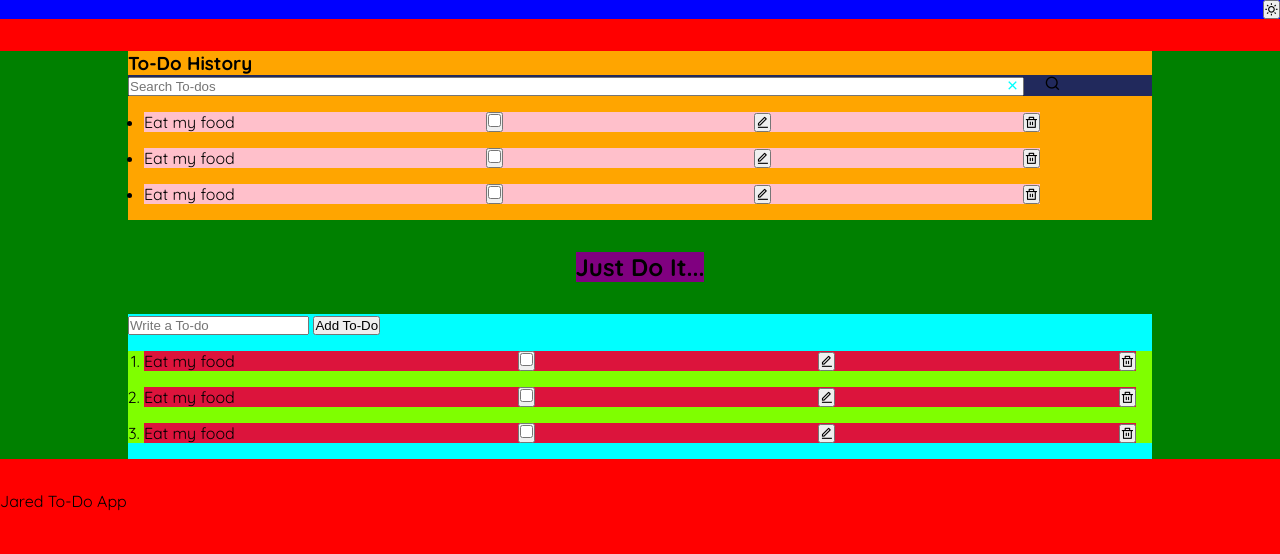
Repository: EguJaredoBoyd/Jared-ToDo-App
Page: main.html
An editor plug-in stored every save of this project. The page is shown before and after the next save, followed by the edit.
The browser window is 1280 px wide. The pictures show the whole page.
Some web libraries are served in a nearby version.

Above is the page before, as saved 2025-12-23 21:09:54.
Not found: js/to-do.j

### main.html
<!DOCTYPE html>
<html lang="en">
  <head>
    <meta charset="UTF-8" />
    <meta name="viewport" content="width=device-width, initial-scale=1.0" />
    <title>Document</title>
    <link
      href="https://cdn.jsdelivr.net/npm/remixicon@4.7.0/fonts/remixicon.css"
      rel="stylesheet"
    />
    <link rel="preconnect" href="https://fonts.googleapis.com" />
    <link rel="preconnect" href="https://fonts.gstatic.com" crossorigin />
    <link
      href="https://fonts.googleapis.com/css2?family=Quicksand:wght@300..700&display=swap"
      rel="stylesheet"
    />
    <link rel="stylesheet" href="./css/main.css" />
    <script src="./js/to-do.j" defer></script>
  </head>

  <body>
    <div class="body__todo-wrapper">
      <header>
        <button><i class="ri-sun-line"></i></button>
      </header>

      <main>
        <section class="todo-history">
          <div>
            <h3>To-Do History</h3>
          </div>
          <div class="todo-history__icon">
            <div>
              <input type="text" placeholder="Search To-dos " />
              <i class="ri-close-line"></i>
            </div>
            <i class="ri-search-line"></i>
          </div>
          <div>
            <ul>
              <div class="ul__list">
                <li>Eat my food</li>
                <button>
                  <input type="checkbox" name="checkbox" id="checkbox" />
                </button>
                <button><i class="ri-edit-line"></i></button>
                <button><i class="ri-delete-bin-line"></i></button>
              </div>
              <div class="ul__list">
                <li>Eat my food</li>
                <button>
                  <input type="checkbox" name="checkbox" id="checkbox" />
                </button>
                <button><i class="ri-edit-line"></i></button>
                <button><i class="ri-delete-bin-line"></i></button>
              </div>
              <div class="ul__list">
                <li>Eat my food</li>
                <button>
                  <input type="checkbox" name="checkbox" id="checkbox" />
                </button>
                <button><i class="ri-edit-line"></i></button>
                <button><i class="ri-delete-bin-line"></i></button>
              </div>
            </ul>
          </div>
        </section>

        <section class="todo-title">
          <div>
            <h2>Just Do It...</h2>
          </div>
        </section>

        <section class="todo-add-task">
          <div class="To-Do">
            <input type="text" id="to-do" placeholder="Write a To-do" />
            <button id="add-task">Add To-Do</button>

            <ol id="task-show" class="task-list">
              <div class="ol__list">
                <li>Eat my food</li>
                <button>
                  <input type="checkbox" name="checkbox" id="checkbox" />
                </button>
                <button><i class="ri-edit-line"></i></button>
                <button><i class="ri-delete-bin-line"></i></button>
              </div>
              <div class="ol__list">
                <li>Eat my food</li>
                <button>
                  <input type="checkbox" name="checkbox" id="checkbox" />
                </button>
                <button><i class="ri-edit-line"></i></button>
                <button><i class="ri-delete-bin-line"></i></button>
              </div>
              <div class="ol__list">
                <li>Eat my food</li>
                <button>
                  <input type="checkbox" name="checkbox" id="checkbox" />
                </button>
                <button><i class="ri-edit-line"></i></button>
                <button><i class="ri-delete-bin-line"></i></button>
              </div>
            </ol>
          </div>
        </section>
      </main>

      <footer>
        <div>Jared To-Do App</div>
      </footer>
    </div>
  </body>
</html>

### css/main.css
*,
*::before,
*::after {
  box-sizing: border-box;
  margin: 0;
  padding: 0;
}

:root {
  /* My project colours to use */
  --primary-color: #21295c;
  --secondary-color: #ffffff;

  /* My font size to use */
  --font-base: 16px;

  /* My spaces to use */
}

html {
  font-size: var(--font-base);
}

body {
  font-family: "Quicksand", sans-serif;
  background-color: red;
  max-width: 100vw;
  max-height: 100vh;
}

.body__todo-wrapper header {
  display: flex;
  justify-content: end;
  align-items: center;
  background-color: blue;
}

main {
  display: flex;
  flex-direction: column;
  justify-content: center;
  align-items: center;
  background-color: green;
  gap: 2rem;
  margin: 2rem 0;
  width: 100vw;
  max-width: 100vw;
}

.todo-history {
  width: 80vw;
  position: relative;
  background-color: orange;
}

.todo-history__icon {
  display: flex;
  background-color: #21295c;
}

.todo-history__icon div input {
  width: 70vw;
}

.ri-close-line {
  position: relative;
  right: 1.5rem;
  color: aqua;
}

.ul__list {
  display: flex;
  justify-content: space-between;
  align-items: center;
  margin: 1rem;
  width: 70vw;
  background-color: pink;
}

.todo-title {
  background-color: purple;
}

.todo-add-task {
  width: 80vw;
  background-color: aqua;
}

.task-list {
  background-color: chartreuse;
}

.ol__list {
  display: flex;
  justify-content: space-between;
  align-items: center;
  margin: 1rem;
  background-color: crimson;
}

After the next save:
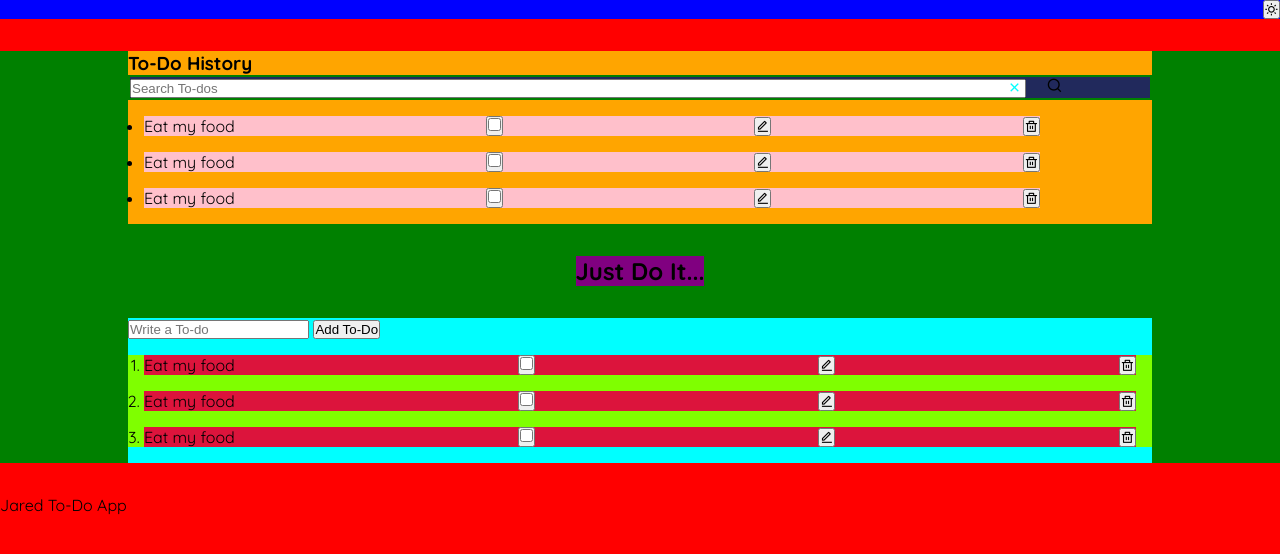
Saved 49 s later.
--- a/css/main.css
+++ b/css/main.css
@@ -55,6 +55,7 @@
 
 .todo-history__icon {
   display: flex;
+  border: 2px solid green;
   background-color: #21295c;
 }
 

After the save that followed:
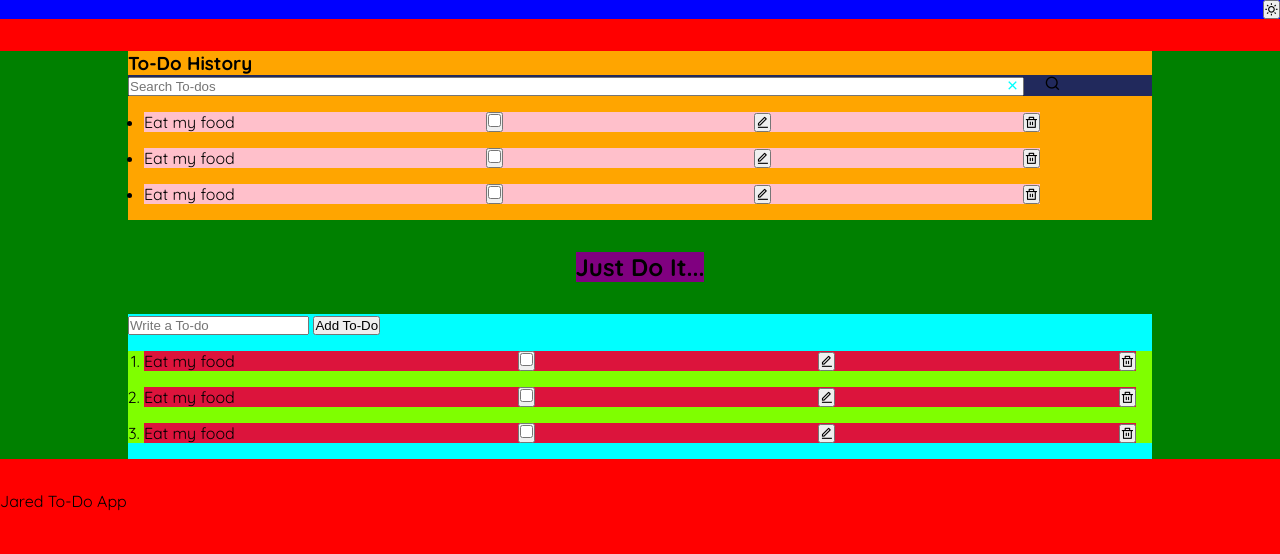
Saved 28 s later.
--- a/css/main.css
+++ b/css/main.css
@@ -55,7 +55,6 @@
 
 .todo-history__icon {
   display: flex;
-  border: 2px solid green;
   background-color: #21295c;
 }
 
